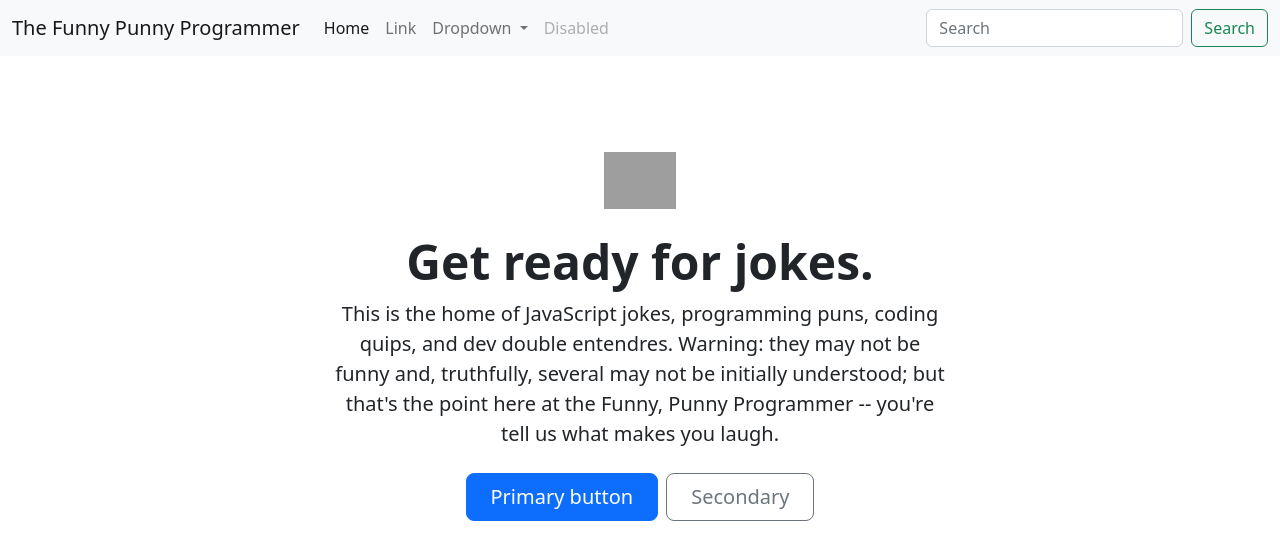
Repository: annferracane/phase-1-personal-project
Page: index.html
The author's editor kept a copy of each file at every save. The page is drawn from the files as they stood at one save, then again after the next save.
The browser window is 1280 px wide. The pictures show the whole page.
Pictures or frames that could not be fetched are drawn as grey boxes. The page's requests for data from a server got no answer.

Above is the page before, as saved 2022-12-07 13:12:56.

After the next save:
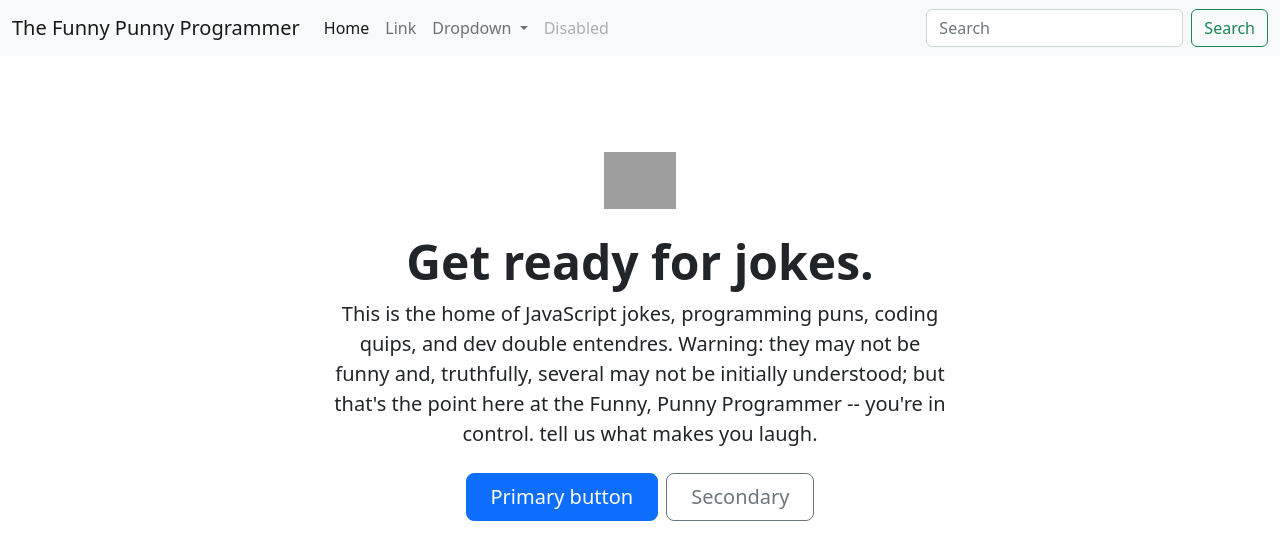
Saved 4 s later.
--- a/src/index.js
+++ b/src/index.js
@@ -4,7 +4,7 @@ document.querySelector('#hero-content').textContent =
 `This is the home of JavaScript jokes, programming puns, coding
 quips, and dev double entendres. Warning: they may not be funny and,
 truthfully, several may not be initially understood; but that's the
-point here at the Funny, Punny Programmer -- you're  tell us what makes you laugh.`;
+point here at the Funny, Punny Programmer -- you're in control. tell us what makes you laugh.`;
 
 
 // Fetch jokes from local db.json and call display function
